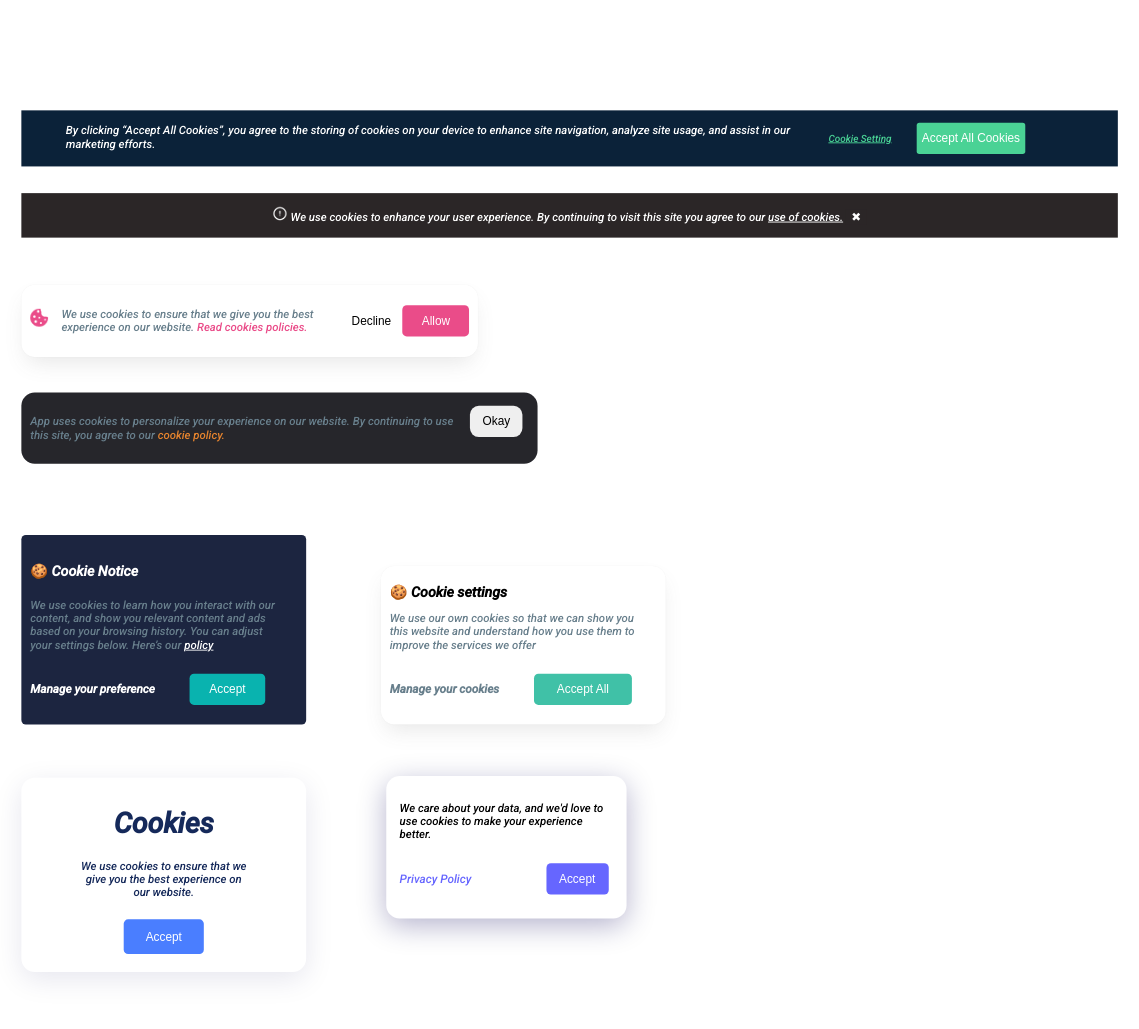
Repository: batonAnton/cursor_cookies_lectr3
Page: index.html
An editor plug-in stored every save of this project. The page is shown before and after the next save, followed by the edit.
The browser window is 1280 px wide. The pictures show the whole page, at 89% of full size.

Above is the page before, as saved 2022-06-01 15:28:19.

After the next save:
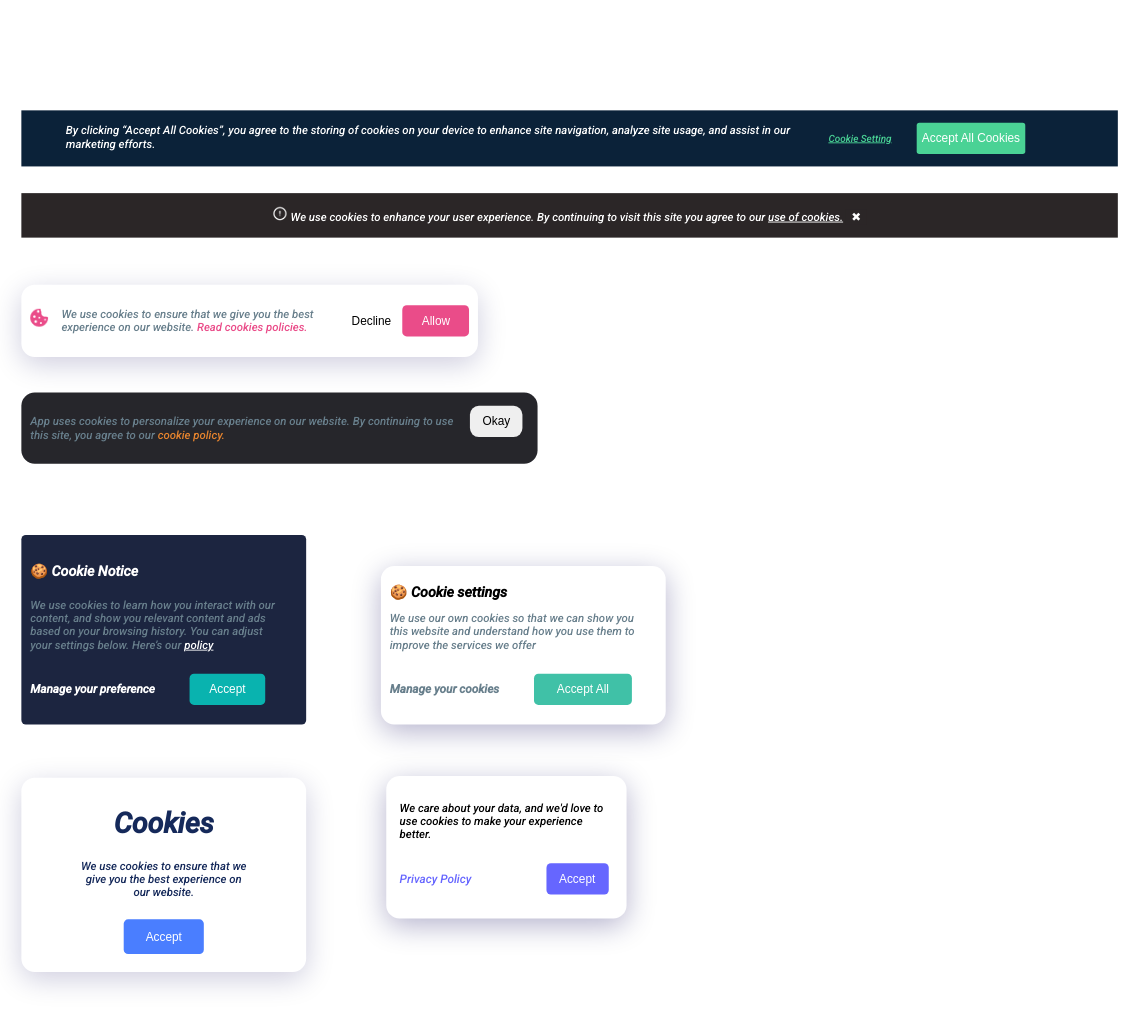
Saved 5 min 25 s later.
--- a/css/style.css
+++ b/css/style.css
@@ -64,8 +64,7 @@ p {
   border-radius: 15px;
   padding: 10px;
   background: #ffffff;
-  box-shadow: 0px 12px 24px -6px rgba(96, 96, 96, 0.15),
-    0px 0px 1px rgba(96, 96, 96, 0.1);
+  box-shadow: 0px 8px 32px rgb(10 3 89 / 20%)
 }
 
 .banner_3 p {
@@ -170,8 +169,7 @@ h5 {
   border-radius: 15px;
   padding: 10px;
   background: #ffffff;
-  box-shadow: 0px 12px 24px -6px rgba(96, 96, 96, 0.15),
-    0px 0px 1px rgba(96, 96, 96, 0.1);
+  box-shadow: 0px 8px 32px rgb(10 3 89 / 30%);
   display: inline-block;
   width: 300px;
   margin-left: 80px;
@@ -196,7 +194,7 @@ p {
 .banner_7 {
   padding: 10px;
   background: #ffffff;
-  box-shadow:  0px 8px 32px rgba(10, 3, 89, 0.1);
+  box-shadow:  0px 8px 32px rgb(10 3 89 / 20%);
   display: block;
   width: 300px;
   border-radius: 15px;
